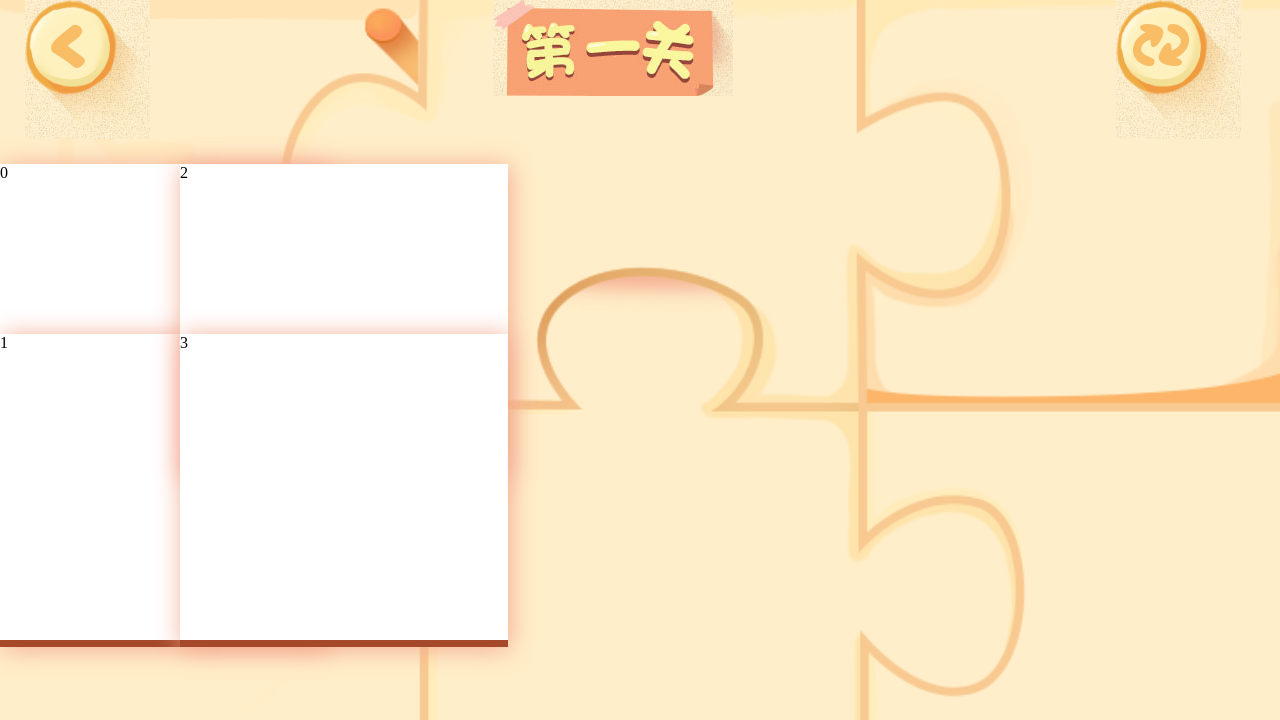
Repository: RedrockTeam/China-map-puzzle
Page: /#/first
The author's editor kept a copy of each file at every save. The page is drawn from the files as they stood at one save, then again after the next save.
The browser window is 1280 px wide. The pictures show the whole page.
Some web fonts or font styles are not loaded; a fallback is used. The project was rebuilt for these pictures with package versions that can differ from the ones it lists, and the page was loaded fresh each time. Also part of the build but not shown: vue.config.js, src/network/request.js, src/views/home.vue, src/views/pass.vue, src/components/dialog.vue, src/views/second.vue, src/views/third.vue, src/views/forth.vue.

Above is the page before, as saved 2019-09-25 23:49:45.

### public/index.html
<!DOCTYPE html>
<html lang="en">

<head>
  <meta charset="utf-8">
  <meta http-equiv="X-UA-Compatible" content="IE=edge">
  <meta name="viewport" content="width=device-width,initial-scale=1.0">
  <link rel="icon" href="<%= BASE_URL %>favicon.ico">
  <title>puzzle-game</title>
</head>

<body>
  <noscript>
    <strong>We're sorry but my doesn't work properly without JavaScript enabled. Please enable it to continue.</strong>
  </noscript>
  <div id="app"></div>
  <!-- built files will be auto injected -->


 </body>
</html>

### src/main.js
import Vue from 'vue'
import App from './App.vue'
import router from './router'
import store from './store'
// import ApiService from './common/service/api'

import './assets/styles/common.css'
import './assets/font/font.css'

// Vue.config.productionTip = false

// ApiService.init()

new Vue({
  router,
  store,
  render: h => h(App)
}).$mount('#app')

### src/App.vue
<template>
  <div>
    <router-view></router-view>
  </div>
</template>

<script>
export default {
  name: 'App',
  data() {
    return {};
  }
};
</script>
<style>
</style>

### src/router/index.js
import Vue from 'vue'
import Router from 'vue-router'
import Home from '../views/home.vue'
import Result from '../views/result.vue'
import Pass from '../views/pass.vue'
import Button from '../components/dialog.vue'
import First from '../views/first.vue'
import Second from '../views/second.vue'
import Third from '../views/third.vue'
import Four from '../views/forth.vue'

Vue.use(Router)

export default new Router({
  routes: [{
    path: '/',
    redirect: '/home'
  },
  {
    path: '/home',
    name: 'home',
    component: Home,
  },
  {
    path: '/pass',
    name: 'pass',
    component: Pass,
  },
  {
    path: '/result',
    name: 'result',
    component: Result,
  },
  {
    path: '/button',
    name: 'button',
    component: Button,
  },
  {
    path: '/first',
    name: 'first',
    component: First
  },
  {
    path: '/second',
    name: 'second',
    component: Second
  },
  {
    path: '/third',
    name: 'third',
    component: Third
  },
  {
    path: '/four',
    name: 'four',
    component: Four
  }



  ]


})

### src/store/index.js
import Vue from 'vue'
import Vuex from 'vuex'
import result from './result'

Vue.use(Vuex)

export default new Vuex.Store({
  modules: {
    result

  }

})




// export default new Vuex.Store({
//   state: {
//     time: {
//       minute: 0,
//       second: 0,
//       millisecond: 0,
//       timecount: '00:00:00',
//     },
//   },
//   mutations: {
//     //开始
//     start() {
//       var that = this;
//       //停止（暂停）
//       clearInterval(time);
//       //时间重置
//       that.setData({
//         minute: 0,
//         second: 0,
//         millisecond: 0,
//       })
//       time = setInterval(function () {
//         that.timer()
//       }, 50);
//       time = () => {
//         that.timer()
//       }
//     },
//     //停止
//     stop() {
//       var that = this
//       clearInterval(intt);
//       that.setData({
//         minute: 0,
//         second: 0,
//         millisecond: 0,
//         timecount: '00:00:00',
//       })
//     },
//     timer() {
//       var that = this;
//       console.log(that.data.millisecond)
//       that.setData({
//         millisecond: that.data.millisecond + 5
//       })
//       if (that.data.millisecond >= 100) {
//         that.setData({
//           millisecond: 0,
//           second: that.data.second + 1
//         })
//       }
//       if (that.data.second >= 60) {
//         that.setData({
//           second: 0,
//           minute: that.data.minute + 1
//         })
//       }
//       that.setData({
//         timecount: that.data.minute + ":" + that.data.second + ":" + that.data.millisecond
//       })
//     },
//   },
//   actions: {
//     // time = setInterval(function () {
//     //   context.commit('time')
//     // }, 50)
//   }
// })

### src/assets/styles/common.css
/* global */
* {
    margin: 0;
    padding: 0;
}

html {
    overflow-y: scroll;
    overflow-x: hidden;

}

html,
body {
    width: 100%;
}

a {
    text-decoration: none;
    text-align: center;
    cursor: pointer;
    color: black;
    outline: none;
}

a:hover {
    text-decoration: underline;
}

ul,
ol {
    list-style: none;
}

.clear {
    clear: both;
}

### src/assets/font/font.css
@font-face {
    font-family: "Tanuki";
    font-weight: normal;
    font-style: normal;
    src: url('./Tanuki.ttf') format('truetype');
}

@font-face {
    font-family: "Cotton";
    font-weight: normal;
    font-style: normal;
    src: url('./cotton.ttf') format('truetype');
}

### src/views/result.vue
<template>
  <div class="bg">
    <div class="head">
      <div class="back" @click="toHome"></div>
      <div class="title"></div>
      <div class="front"></div>
    </div>

    <div class="contain">
      <div class="score">
        <div>
          <p>
            <span class="clock"></span>
            <span class="word">我的时间：</span>
          </p>
          <p>
            <i class="grade"></i>
            <span class="word">我的成绩：</span>
          </p>
        </div>
      </div>
      <div class="list">
        <p class="list_item first">
          <span class="icon"></span>
          <span class="nickname">这是我的昵称</span>
          <span class="time">10s</span>
        </p>
        <p class="list_item second">
          <span class="icon"></span>
          <span class="nickname">这是我的昵称</span>
          <span class="time">10s</span>
        </p>
        <p class="list_item third">
          <span class="icon"></span>
          <span class="nickname">这是我的昵称</span>
          <span class="time">10s</span>
        </p>
        <p class="list_item">
          <span class="normal">4</span>
          <span class="nickname">这是我的昵称</span>
          <span class="time">10s</span>
        </p>
        <p class="list_item">
          <span class="normal">4</span>
          <span class="nickname">这是我的昵称</span>
          <span class="time">10s</span>
        </p>
      </div>
    </div>
    <div class="line"></div>
  </div>
</template>

<style>
.bg {
  position: absolute;
  top: 0;
  left: 0;
  height: 100%;
  width: 100%;
  background: url("../assets/img/pass/background.png");
  background-size: cover;
}
.head {
  display: flex;
  margin-top: 60px;
  margin-left: 50px;
}

.back {
  background: url("../assets/img/ranking/back.png");
  width: 93px;
  height: 97px;
  background-size: cover;
  margin-right: 120px;
}
.title {
  background: url("../assets/img/ranking/ranking_title.png") no-repeat;
  width: 260px;
  height: 200px;
  background-size: 100%;
  margin-left: -40px;
}
.front {
  background: url("../assets/img/ranking/front.png");
  width: 93px;
  height: 97px;
  background-size: cover;
  margin-left: 80px;
}

.contain {
  width: 650px;
  height: 850px;
  background: #ffae72;
  margin: -15px auto 0;
}

.score {
  width: 617px;
  height: 206px;
  background: url("../assets/img/ranking/result.png");
  background-size: cover;
  padding-top: 40px;
}
.score div {
  margin-top: 20px;
  margin-left: 20px;
}

.word {
  letter-spacing: 5px;
}

.score p {
  color: #ffae72;
  font-weight: bold;
  font-size: 35px;
  padding-top: 20px;
  margin: 0 auto;
  width: 250px;
  margin-left: 50px;
  margin-top: 10px;
}

.clock,
.grade {
  width: 29px;
  height: 29px;
  display: inline-block;
  margin-right: 10px;
}
.clock {
  background: url("../assets/img/ranking/clock.png") no-repeat;
  background-size: cover;
}
.grade {
  background: url("../assets/img/ranking/list.png") no-repeat;
  background-size: cover;
}
.list {
  height: 520px;
  overflow: auto;
  margin-top: 20px;
}
::-webkit-scrollbar {
  display: none;
}
.list_item {
  background: url("../assets/img/ranking/box.png");
  width: 580px;
  height: 125px;
  background-size: cover;
  margin-left: 50px;
  display: flex;
}
.icon {
  display: inline-block;
  width: 81px;
  height: 82px;
  margin: 15px 35px;
}
.first .icon {
  background: url("../assets/img/ranking/first.png");
  background-size: cover;
}
.second .icon {
  background: url("../assets/img/ranking/second.png");
  background-size: cover;
}
.third .icon {
  background: url("../assets/img/ranking/third.png");
  background-size: cover;
}
.nickname {
  color: #ffae72;
  font-size: 35px;
  font-weight: bold;
  display: inline-block;
  margin-top: 30px;
  font-family: Tanuki;
}
.time,
.normal {
  margin-left: auto;
  margin-right: 80px;
  font-weight: bold;
  display: inline-block;
  margin-top: 20px;
  color: #ff7b5c;
  font-size: 50px;
}

.line {
  width: 570px;
  height: 36px;
  background: url("../assets/img/ranking/line.png");
  background-size: cover;
  margin-left: 100px;
  margin-top: -50px;
}
</style>

<script>
export default {
  methods: {
    toHome() {
      this.$router.push("/pass");
    }
  }
};
</script>

### src/views/first.vue
<template>
  <div class="game">
    <div class="header">
      <div class="back_shadow">
        <div class="back"></div>
      </div>
      <div class="title">
        <img src="../assets/img/game/one.png" />
      </div>
      <div class="refresh_shadow">
        <div class="refresh"></div>
      </div>
    </div>
    <div class="main" ref="main">
      <div
        :class="setClass(index)"
        ref="pic"
        v-for="(value,index) of info"
        :key="index"
        :data-index="index"
        :style="{
          left:value[0] + 'px',
          top:value[1] +'px'
      }"
      >{{index}}</div>
    </div>
    <div class="showpic_shadow">
      <div class="showpic">长按可看3s原图</div>
    </div>
  </div>
</template>

<script>
import { SET_FIRST } from "../store/type/mutations";
export default {
  data() {
    return {
      firstX: null,
      firstY: null,
      number: 0,
      time: 0,
      info: [[0, 0], [180, 0], [0, 170], [180, 170]]
    };
  },
  mounted() {
    this.random();
    this.moveImage();
  },

  methods: {
    setClass(index) {
      let obj = { piece: true };
      obj[`${index}`] = true;
      return obj;
    },
    moveImage() {
      let pics = this.$refs.main.children;

      let firstX, firstY, firstIndex, firstPic, secondPic;
      let number = this.number;
      let isSuccess = this.isSuccess;
      for (var i = 0; i < pics.length; i++) {
        pics[i].addEventListener("touchstart", function(e) {
          this.style.zIndex = 100;
          this.startX = this.offsetLeft;
          this.startY = this.offsetTop;
          this.style.transition = "none";
          console.log(number);
          if (number == 0) {
            firstX = this.startX;
            firstY = this.startY;
            firstIndex = this.getAttribute("data-index");
            firstPic = this;
            number += 1;
          } else if (number == 1) {
            this.startX = this.offsetLeft;
            this.startY = this.offsetTop;
            secondPic = this;
            firstPic.style.left = this.startX + "px";
            firstPic.style.top = this.startY + "px";
            firstPic.setAttribute(
              "data-index",
              this.getAttribute("data-index")
            );
            secondPic.style.left = firstX + "px";
            secondPic.style.top = firstY + "px";
            secondPic.setAttribute("data-index", firstIndex);
            number = 0;
            isSuccess();
          }
        });
      }
      return pics;
    },

    random() {
      let pics = this.$refs.main.children;
      for (var i = 0; i < 1; i++) {
        //随机打乱
        let a = Math.floor(Math.random() * 4);
        let b = Math.floor(Math.random() * 4);
        if (a != b) {
          this.$options.methods.change(a, b, pics);
        }
      }
    },
    change(a, b, pics) {
      var aEle = pics[a];
      var bEle = pics[b];

      var _left;
      _left = aEle.offsetLeft;
      aEle.style.left = bEle.offsetLeft + "px";
      bEle.style.left = _left + "px";
      var _top;
      _top = aEle.offsetTop;
      aEle.style.top = bEle.offsetTop + "px";
      bEle.style.top = _top + "px";
      var _index;
      _index = aEle.getAttribute("data-index");
      aEle.setAttribute("data-index", bEle.getAttribute("data-index"));
      bEle.setAttribute("data-index", _index);
    },

    isSuccess() {
      let pics = this.$refs.main.children;

      let str = "";
      for (var i = 0; i < pics.length; i++) {
        str += pics[i].getAttribute("data-index");
      }
      if (str == "0123") {
        this.$store.commit(SET_FIRST);
        this.$router.push("/result?pass=1");

        return true;
      }
      return false;
    }
  }
};
</script>
<style lang="scss" scoped>
.game {
  position: absolute;
  top: 0;
  left: 0;
  height: 100%;
  width: 100%;
  background: url("../assets/img/pass/background.png");
  background-size: cover;
  overflow: hidden;
  .header {
    width: 95%;
    height: 140px;
    margin: 0 auto 24px 25px;
    display: inline-flex;
    justify-content: space-between;
    .back_shadow {
      width: 125px;
      height: 139px;
      background-image: url("../assets/img/common/btn_sbg.jpg");
      background-repeat: no-repeat;
      background-position: 0% 0%;
      background-size: contain;
      .back {
        width: 92px;
        height: 95px;
        background-image: url("../assets/img/common/back.png");
        background-repeat: no-repeat;
        background-position: 0% 0%;
        background-size: contain;
      }
    }
    .title {
      width: 240px;
      height: 96px;
      background-image: url("../assets/img/game/title_bg.jpg");
      background-repeat: no-repeat;
      background-position: 0% 0%;
      background-size: contain;
      display: flex;
      justify-content: center;
      align-items: center;
      img {
        width: 54px;
        height: 17px;
      }
    }
    .refresh_shadow {
      width: 125px;
      height: 139px;
      background-image: url("../assets/img/common/btn_sbg.jpg");
      background-repeat: no-repeat;
      background-position: 0% 0%;
      background-size: contain;
      .refresh {
        width: 92px;
        height: 95px;
        background-image: url("../assets/img/common/refresh.png");
        background-repeat: no-repeat;
        background-position: 0% 0%;
        background-size: contain;
      }
    }
  }
  .main {
    width: 750px;
    height: 700px;
    position: relative;
    padding: 26px;

    .piece {
      width: 328px;
      height: 306px;
      box-shadow: 2px 2px 24px #f3a98f;
      border-bottom: 7px solid #a6492b;
      background: url("../assets/img/button/map.jpg");
      transition: all 0.5s ease 0s;
      position: absolute;
    }
    // .first {
    //   background-size: 200%;
    //   background-position-x: 0;
    // }

    // .second {
    //   background-position-x: 328px;
    //   background-size: 200%;
    //   left: 380px;
    // }
    // .third {
    //   background-position: 0 306px;
    //   background-size: 200%;
    //   top: 350px;
    // }
    // .four {
    //   background-position: 328px 306px;
    //   background-size: 200%;
    //   top: 350px;
    //   left: 380px;
    // }
    .chosen {
      border-bottom: 7px solid #da8f43;
    }
  }
  .showpic_shadow {
    width: 560px;
    height: 173px;
    margin: 60px auto auto 154px;
    background-image: url("../assets/img/game/showpic_sbg.jpg");
    background-repeat: no-repeat;
    background-position: 0% 0%;
    background-size: contain;

    .showpic {
      width: 458px;
      height: 107px;
      background-image: url("../assets/img/game/showpic_bg.png");
      background-repeat: no-repeat;
      background-position: 0% 0%;
      background-size: contain;
      text-align: center;
      line-height: 107px;
      font-family: "Cotton";
      font-size: 50px;
      color: #fffcad;
    }
  }
}
</style>

### src/store/result.js
import {
    SET_FIRST,
    SET_SECOND,
    SET_THIRD,
    SET_FOURTH
} from './type/mutations'

import {
    FETCH_FIRST,
    FETCH_SECOND,
    FETCH_THIRD,
    FETCH_FOURTH

} from './type/actions'

import {
    ResultService,

} from '../common/service/api.js'



const initialState = {
    first: 'unlock',
    second: 'lock',
    third: 'lock',
    forth: 'lock'

}

const state = { ...initialState }

const mutations = {

    [SET_FIRST](state) {
        state.first = 'success',
            state.second = 'unlock',
            console.log('yiguan')

    },
    [SET_SECOND](state) {
        state.second = 'success',
            state.third = 'unlock'
        console.log('erguan')

    },
    [SET_THIRD](state) {
        state.third = 'success',
            state.forth = 'unlock'
        console.log('sanguan')

    },
    [SET_FOURTH](state) {
        state.forth = 'success'
        console.log('forthguan')


    }


}






const getters = {


}



export default {
    state,
    mutations,
    getters
}

### src/store/type/mutations.js
export const SET_FIRST = 'setFirst'
export const SET_SECOND = 'setSecond'
export const SET_THIRD = 'setThird'
export const SET_FOURTH = 'setForth'

### src/store/type/actions.js
export const FETCH_FIRST = 'fetchFirst'
export const FETCH_SECOND = 'fetchSecond'
export const FETCH_THIRD = 'fetchThird'
export const FETCH_FOURTH = 'fetchForth'

### src/common/service/api.js
import Vue from "vue";
import axios from "axios";
import VueAxios from "vue-axios";
// import JwtService from "@/common/service/jwt";
// import { API_URL } from "@/common/config";

const ApiService = {
    init() {
        Vue.use(VueAxios, axios)
        // Vue.axios.defaults.baseURL = API_URL
        this.setHeader()
        this.setFormat()
    },

    // setHeader() {
    //     Vue.axios.defaults.headers.common[
    //         "Authorization"
    //     ] = `Token ${JwtService.getToken()}`;
    // },
    setFormat() {
        Vue.axios.defaults.headers.post[
            'Content-Type'
        ] = 'application/x-www-form-urlencoded'
    },

    get(resource) {
        return Vue.axios.get(resource).catch(error => {
            throw new Error(`[RWV] ApiService ${error}`);
        });
    },

    post(resource, params) {
        return Vue.axios.post(`${resource}`, params);
    },

    patch(resource, params) {
        return Vue.axios.patch(resource, params);
    },

    put(resource, params) {
        return Vue.axios.put(resource, params);
    },

    delete(resource) {
        return Vue.axios.delete(resource).catch(error => {
            throw new Error(`[RWV] ApiService ${error}`);
        });
    }
};

export default ApiService;

export const ResultService = {
    getFirstAnswer(params) {
        return ApiService.post(`answer`, params)
    },

    getOldAnswer() {
        return ApiService.post(`answered`)
    }
}

After the next save:
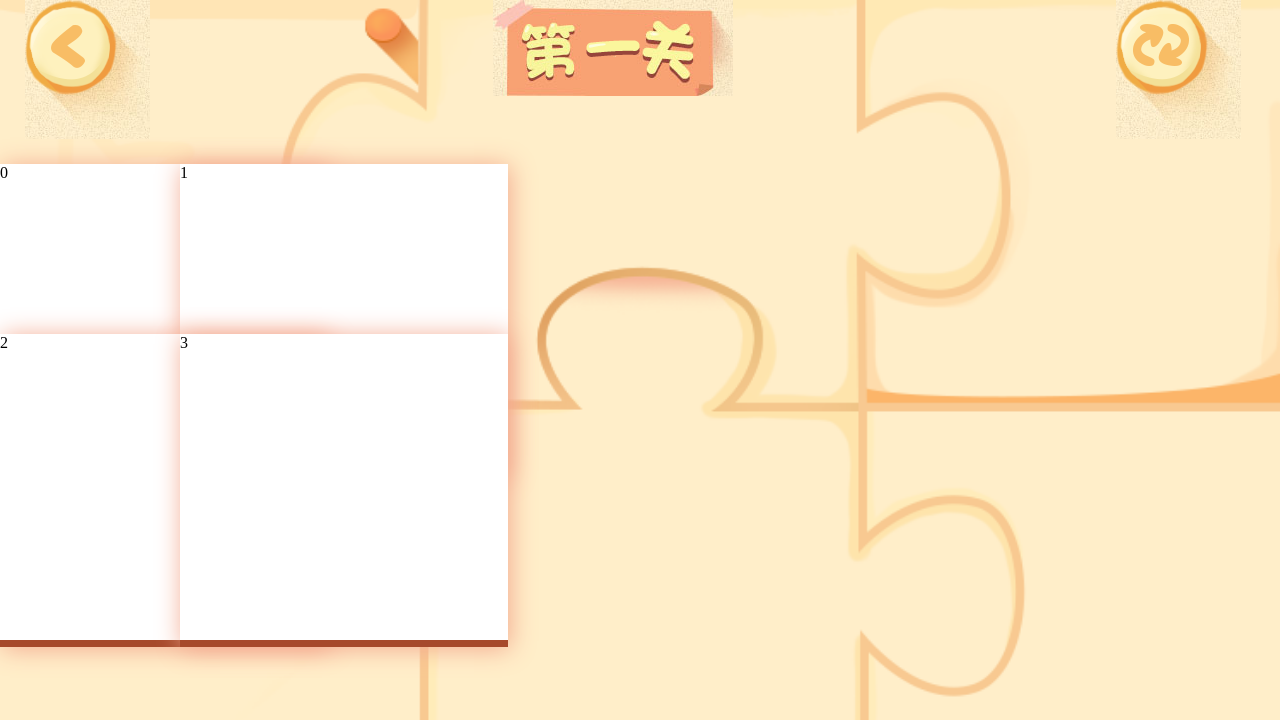
Saved 9 s later.
--- a/src/views/first.vue
+++ b/src/views/first.vue
@@ -100,7 +100,11 @@
         let a = Math.floor(Math.random() * 4);
         let b = Math.floor(Math.random() * 4);
         if (a != b) {
-          this.$options.methods.change(a, b, pics);
+          if (-1 == arr.indexOf(a) && -1 == arr.indexOf(b)) {
+            arr.push(a);
+            arr.push(b);
+            this.$options.methods.change(a, b, pics);
+          }
         }
       }
     },

After the save that followed:
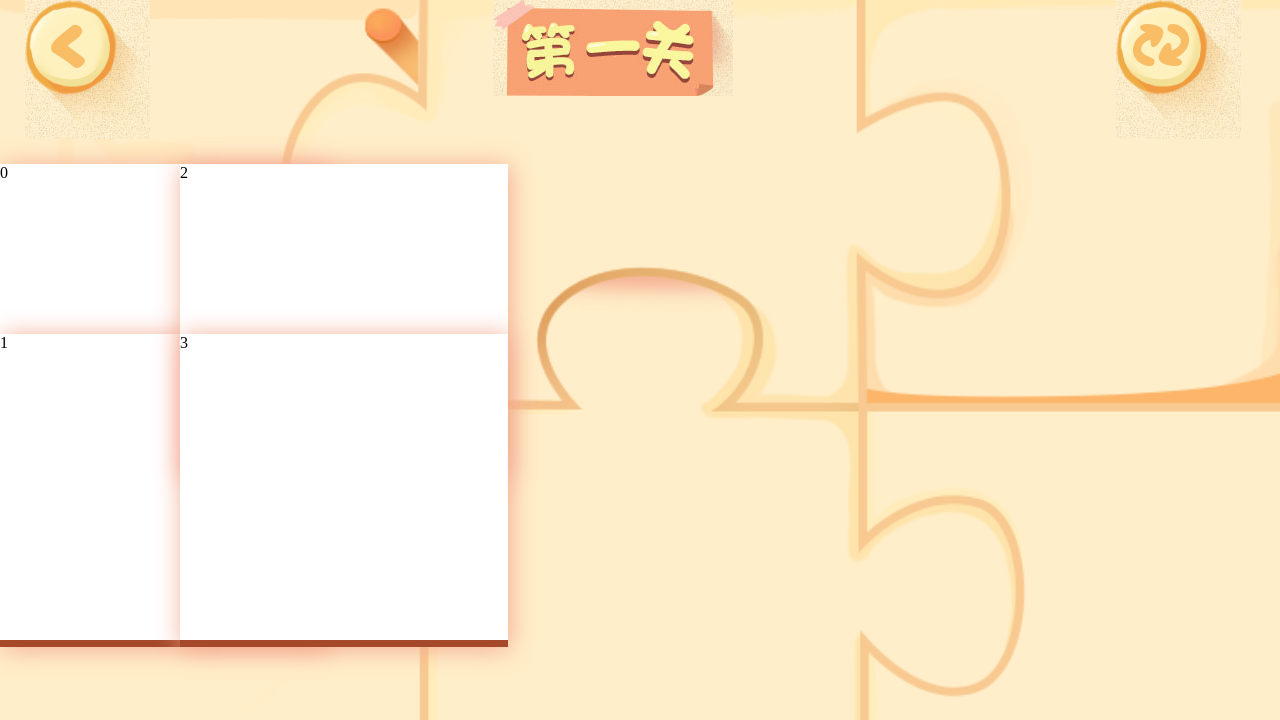
Saved 49 s later.
--- a/src/views/first.vue
+++ b/src/views/first.vue
@@ -95,6 +95,7 @@
 
     random() {
       let pics = this.$refs.main.children;
+      let arr = [];
       for (var i = 0; i < 1; i++) {
         //随机打乱
         let a = Math.floor(Math.random() * 4);
